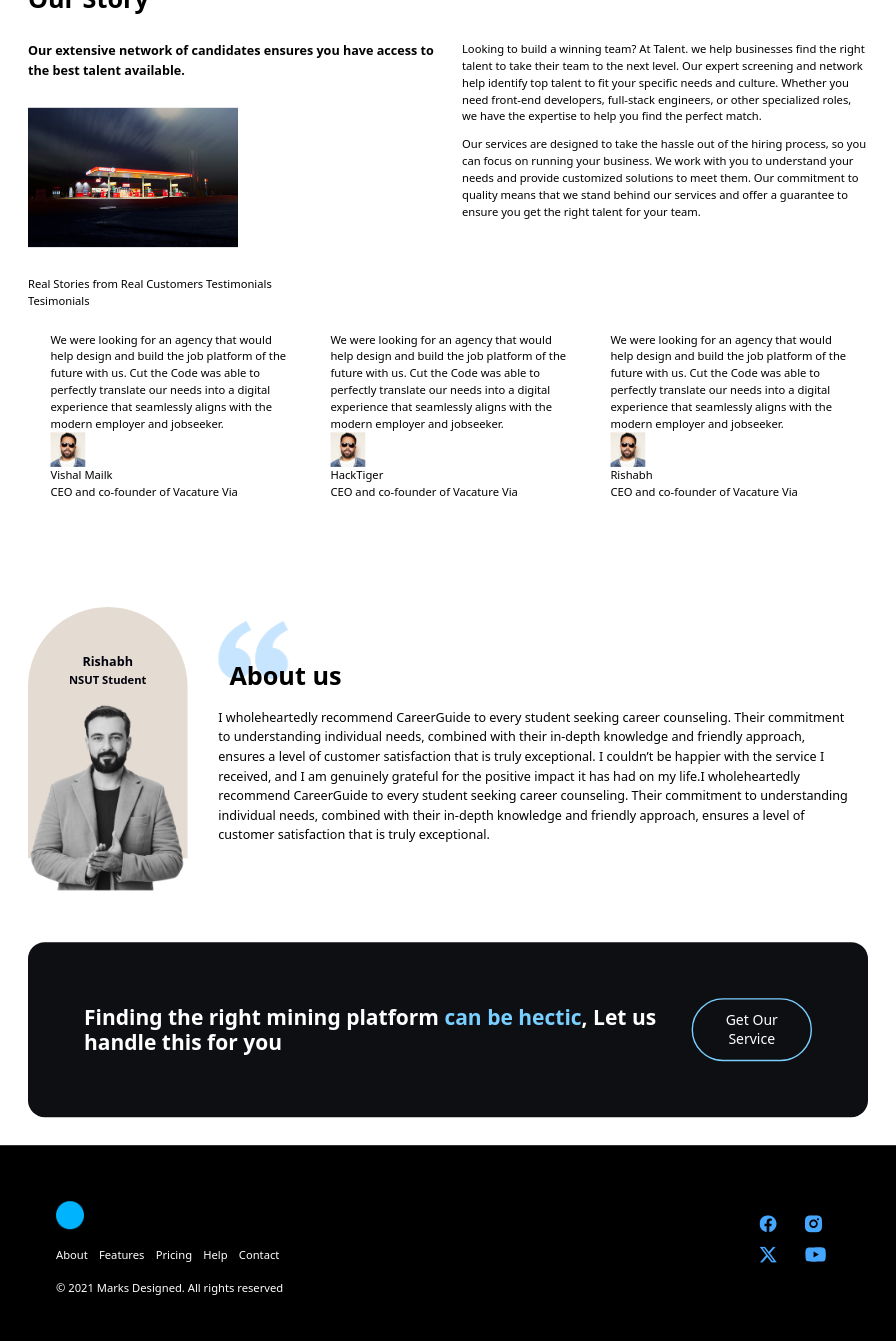
Repository: ayushtenguria/uniteksol
Page: /
The author's editor kept a copy of each file at every save. The page is drawn from the files as they stood at one save, then again after a run of saves.
The browser window is 1280 px wide. The pictures show the part of the page from y = 1030 to 2950 px (the page is 2946 px tall before and 2950 px after), at 70% of full size.
The project was rebuilt for these pictures with package versions that can differ from the ones it lists, and the page was loaded fresh each time. The framework's server and built-in components were replaced by stand-ins that run in the browser. Also part of the build but not shown: next.config.mjs.

Above is the page before, as saved 2024-02-23 20:58:17.

After the next 2 saves:
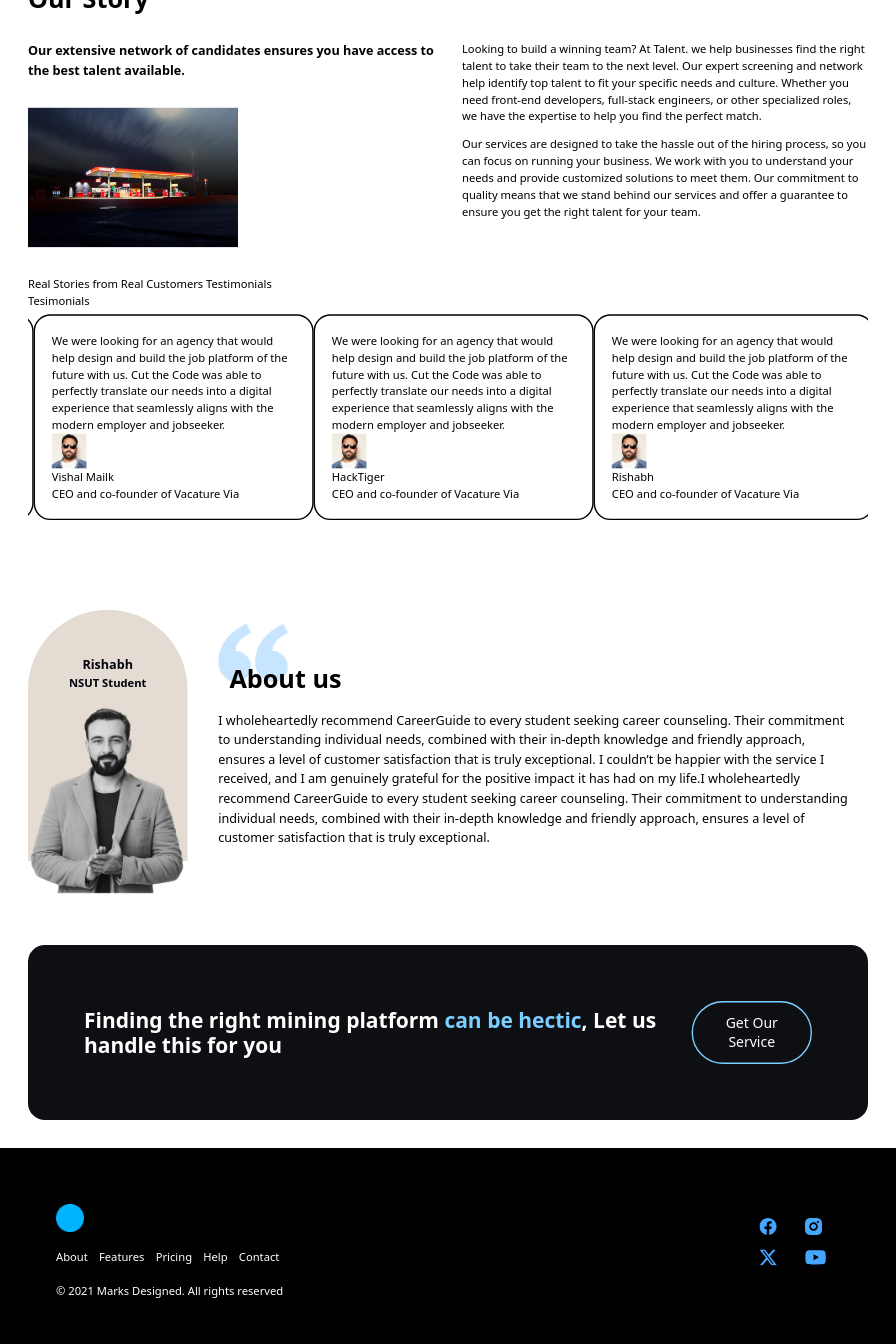
The 2 saves are shown as one change because they came seconds apart.
The last was saved 7 s later.
--- a/components/Testimonials.js
+++ b/components/Testimonials.js
@@ -14,7 +14,7 @@
             <p>Tesimonials</p>
             <SimpleSlider dots={false} noOfSlides={3}  >
                 {TESTIMONIALS.map((t)=>(
-                <div className="rounded-3xl p-4 m-2 border-">
+                <div className="rounded-3xl p-4 m-2 border-2 border-black">
                     <div className="p-2">
                     <div>
                         {t.description}
